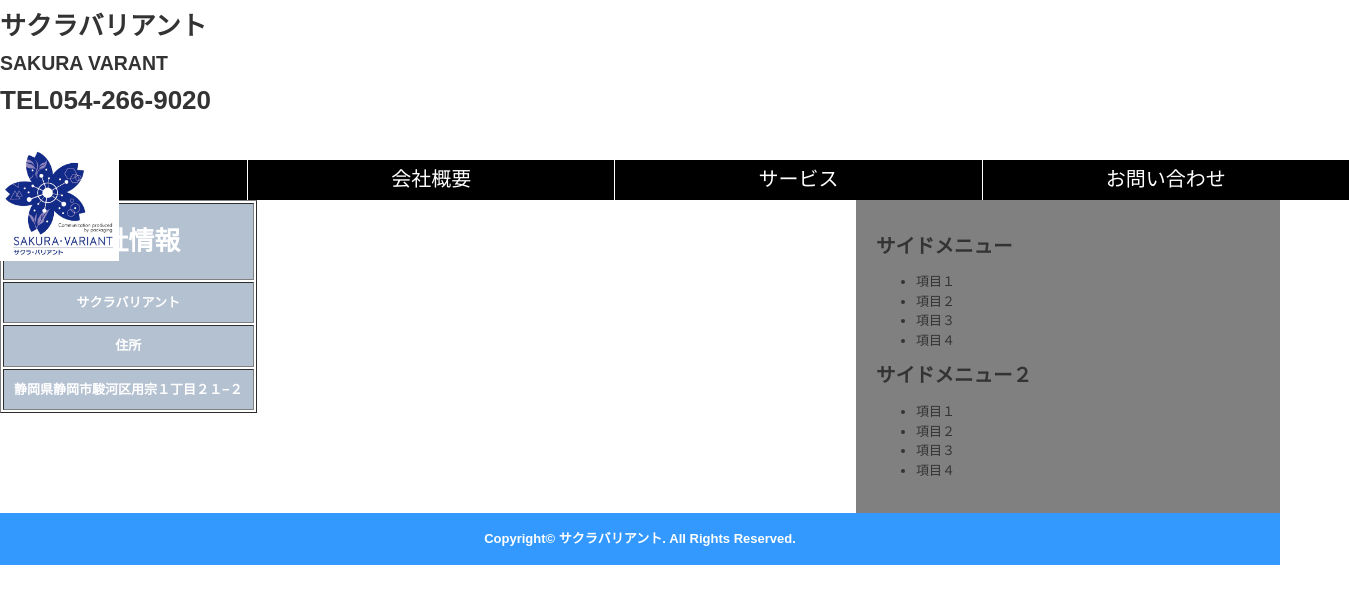
Repository: sakusyou69/homepage
Page: index.java3.html
The author's editor kept a record of every edit. The page is drawn from the files as they stood at one moment, then again after the next edit.
The browser window is 1280 px wide. The page is 1349 px wide, so the pictures cover 1349 px, including what lies to the right of the window. The pictures show the whole page.

Above is the page before.

After the next edit:
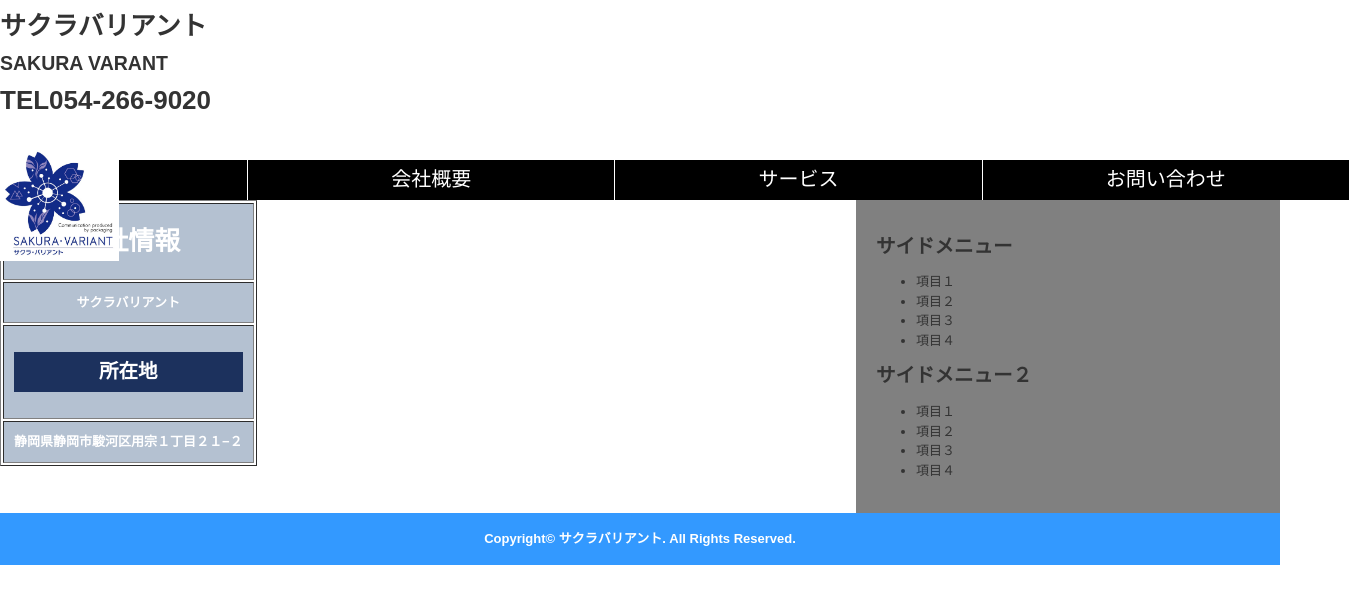
The edit:
--- a/index.java3.html
+++ b/index.java3.html
@@ -62,7 +62,7 @@
 
         </tr>
         <tr>
-            <th><font color="white">住所</font></th>
+            <th><h2><font color="white">所在地</font></h2></th>
             <tr>
             <th><font color="white">静岡県静岡市駿河区用宗１丁目２１−２</font></th>
             <tb></tb>
